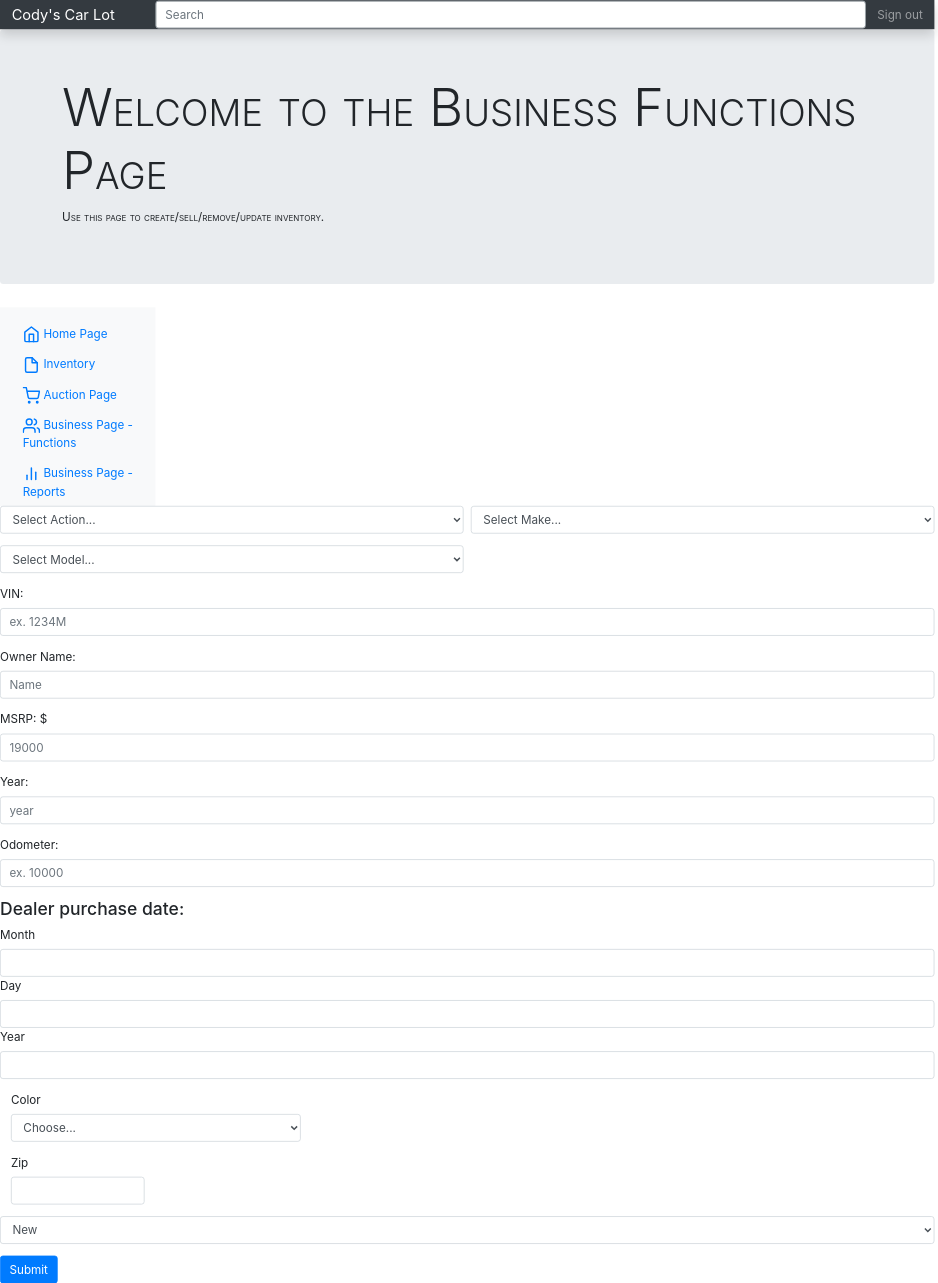
Repository: CodyHogge/CarDealershipProject
Page: http://localhost/CarDealershipProject/booted_functions.jsp
The author's editor kept a copy of each file at every save. The page is drawn from the files as they stood at one save, then again after the next save.
The browser window is 1280 px wide. The page is 1285 px wide, so the pictures cover 1285 px, including what lies to the right of the window. The pictures show the whole page, at 73% of full size.
The page is served by Tomcat 9.

Above is the page before, as saved 2020-09-16 16:30:49.

After the next save:
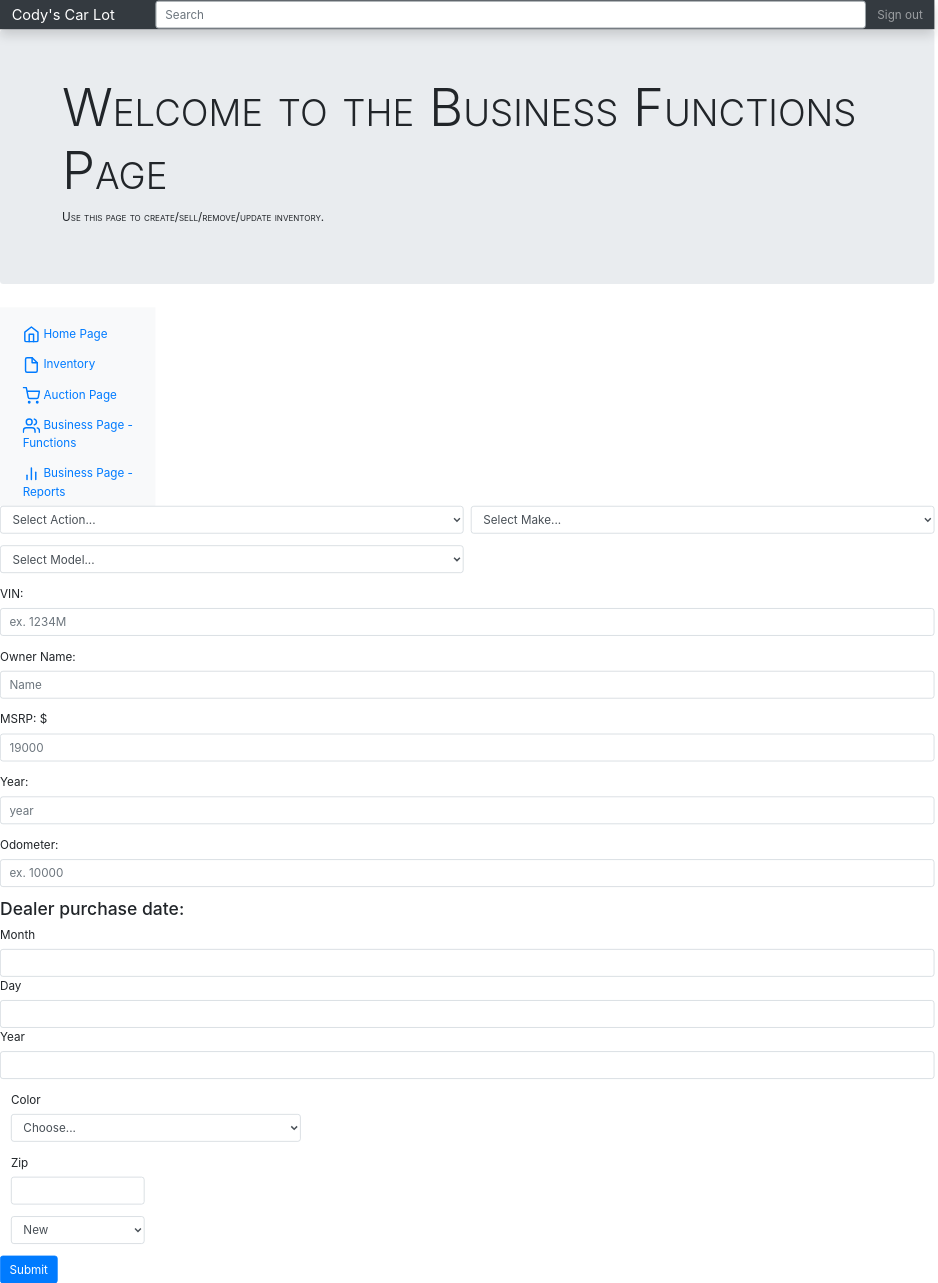
Saved 50 s later.
--- a/CarDealershipProject/WebContent/booted_functions.jsp
+++ b/CarDealershipProject/WebContent/booted_functions.jsp
@@ -146,7 +146,7 @@
       		<input type="text" class="form-control" id="inputZip">
     	</div>
 
-  		<div class="form-group">
+  		<div class="form-group col-md-2">
 			<select class="form-control" name="condition" id="condition">
 				<option value="new">New</option>
 				<option value="used">Used</option>
